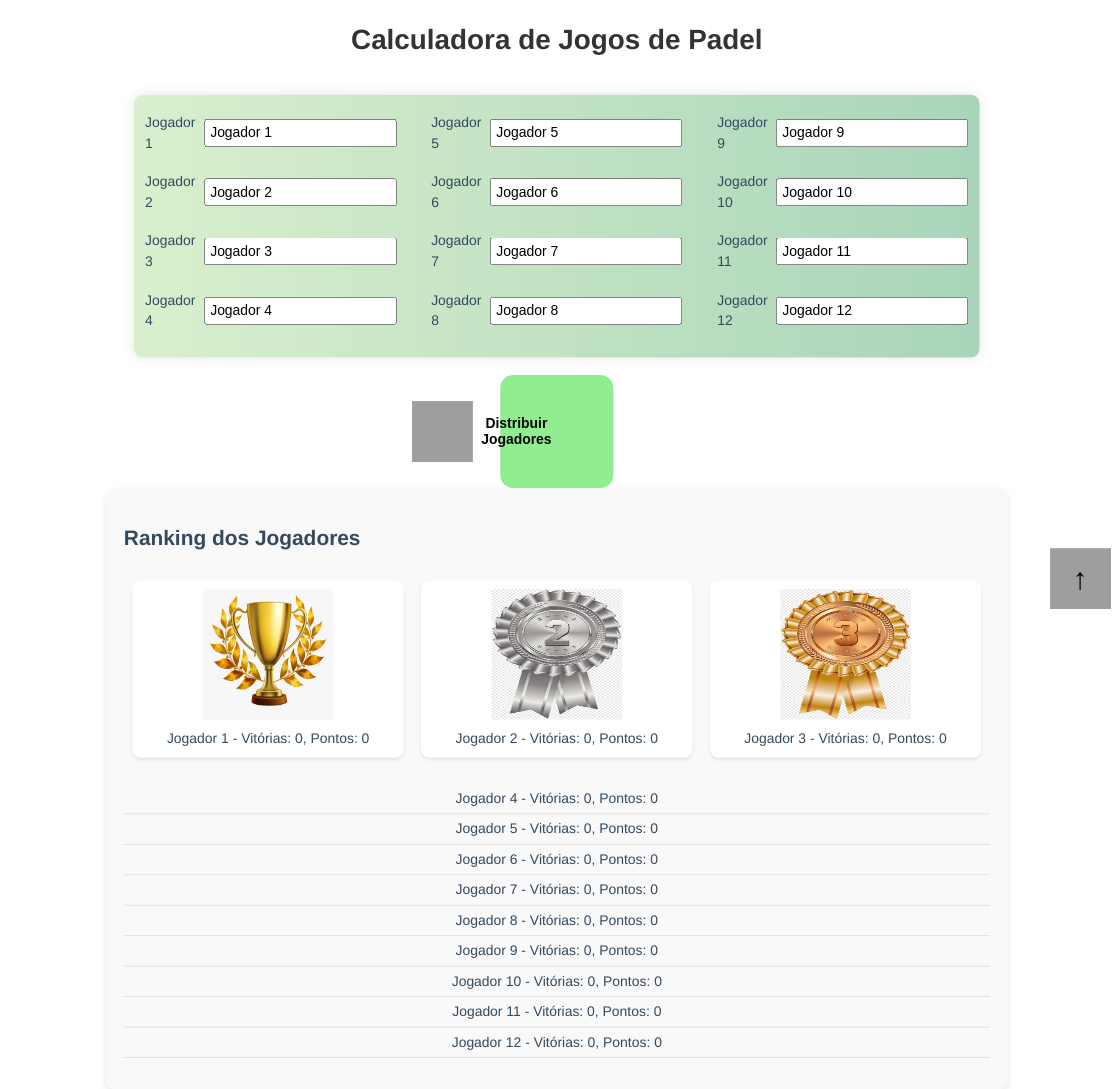
Repository: MarcioMiguel22/PadelMaster
Page: /calculadora
The author's editor kept a copy of each file at every save. The page is drawn from the files as they stood at one save, then again after the next save.
The browser window is 1280 px wide. The pictures show the whole page, at 87% of full size.
Pictures or frames that could not be fetched are drawn as grey boxes. The project was rebuilt for these pictures with package versions that can differ from the ones it lists, and the page was loaded fresh each time. Also part of the build but not shown: vite.config.ts, src/pages/Home/Home.tsx, src/components/components_calculadora/Campo.tsx, src/components/components_calculadora/Jogo.tsx, src/pages/Player/playerComponent.tsx, src/index.css.

Above is the page before, as saved 2024-06-16 09:59:44.

### src/main.tsx
///home/marciomiguel/code/MarcioMiguel22/Sites/PadelMaster/src/main.tsx
import { render } from 'react-dom';
import { StrictMode } from 'react';
import App from './App';
import './index.css';

const root = document.getElementById('root')!;
render(
  <StrictMode>
    <App />
  </StrictMode>,
  root
);

### src/App.tsx

///home/marciomiguel/code/MarcioMiguel22/Sites/PadelMaster/src/App.tsx

import { BrowserRouter, Routes, Route } from 'react-router-dom';
import Home from './pages/Home/Home';
import Calculadora from './pages/Calculadora/Calculadora';
import PlayerComponent from './pages/Player/playerComponent';
function App() {
  return (
    <BrowserRouter>
      <Routes>
        <Route path="/" element={<Home />} />
        <Route path="/calculadora" element={<Calculadora />} /> // Wrap Calculadora component with curly braces
        <Route path="/player-component" element={<PlayerComponent />} />
      </Routes>
    </BrowserRouter>
  );
}

export default App

### src/pages/Home/Home.module.css
.padel-container {
  text-align: center;
  background-color: white;
  padding: 20px;
  border-radius: 10px;
  box-shadow: 0 0 10px rgba(0, 0, 0, 0.1);
}

h1 {
  color: #333;
  margin-bottom: 20px;
}

.padel-image {
  max-width: 50%;
  height: auto;
  border-radius: 10px;
  margin-bottom: 20px;
}

.enter-button {
  background-image: url('../../assets/images/tennis-ball.png'); /* Ensure the path is correct */
  background-size: cover;
  background-position: center;
  background-repeat: no-repeat;
  width: 60px;
  height: 60px;
  border: none;
  border-radius: 50%;
  cursor: pointer;
  padding: 0;
}

.enter-button:hover {
  transform: scale(1.1);
}

### src/pages/Calculadora/Calculadora.css
.calculadora-container {
  display: flex;
  flex-direction: column;
  align-items: center;
  gap: 20px;
}

.main-content {
  gap: 20px;
}

.jogadores-lista {
  background: linear-gradient(to right, #daefcd, #a8d5ba);
  display: flex;
  flex-direction: row;
  justify-content: center;
  gap: 40px;
  width: 90%;
  max-width: 1200px;
  margin: 0 auto;
  padding: 20px;
  border-radius: 10px;
  box-shadow: 0 0 15px rgba(0, 0, 0, 0.1);
}

.jogadores-coluna {
  display: flex;
  flex-direction: column;
  align-items: center;
  gap: 10px;
}

.jogador-item {
  display: flex;
  align-items: center;
  margin-bottom: 10px;
}

.jogador-item label {
  margin-right: 10px;
}

.jogador-item input {
  padding: 5px;
  font-size: 16px;
}

.jogador-input {
  margin-right: 5px;
  padding: 5px;
  font-size: 16px;
  border: 1px solid #ccc;
  border-radius: 5px;
}

.distribute-button, .scroll-to-top {
  background-color: #4CAF50;
  color: white;
  padding: 10px 20px;
  border: none;
  border-radius: 5px;
  cursor: pointer;
  font-size: 16px;
  margin-top: 10px;
}

.distribute-button:hover, .scroll-to-top:hover {
  background-color: #45a049;
}

.fields-container {
  display: flex;
  flex-direction: column;
  align-items: center;
  margin-top: 20px;
}

.jogo {
  margin-bottom: 40px;
}

.campos {
  display: flex;
  justify-content: space-around;
}

.field {
  background: linear-gradient(to right, #c3e8ad, #a8d5ba);
  padding: 40px;
  border-radius: 10px;
  box-shadow: 0 0 10px rgba(0, 0, 0, 0.1);
  width: 30%;
}

.field h2 {
  margin-top: 0;
}

.team {
  list-style-type: none;
  padding: 5px;
  background-color: #fff;
  margin: 5px 0;
  border-radius: 5px;
  box-shadow: 0 0 5px rgba(0, 0, 0, 0.1);
  width: fit-content; /* Ajuste o valor conforme necessário */
}

.team.vencedor {
  background-color: #d4edda; /* Verde claro */
}

.team.perdedor {
  background-color: #f8d7da; /* Vermelho claro */
}

.team div {
  display: flex;
  align-items: center;
}

.team input.resultado-input {
  margin-left: 10px;
  width: 45px;
  padding: 5px;
  font-size: 16px;
}

.ranking-container {
  margin-top: 40px;
}

.ranking-container h2 {
  margin-bottom: 10px;
}

.ranking-container ul {
  list-style-type: none;
  padding: 0;
}

.ranking-container li {
  margin: 5px 0;
}



/* Media Queries para Mobile */
@media screen and (max-width: 767px) {
  .jogadores-lista {
    flex-direction: column;
    align-items: center;
    gap: 20px;
    padding: 10px;
  }

  .field {
    width: 80%;
    margin-bottom: 20px;
  }

  .campos {
    flex-direction: column;
    align-items: center;
    gap: 20px;
  }

  .distribute-button, .scroll-to-top {
    width: 100%;
    font-size: 14px;
    padding: 8px 16px;
  }

  .team div {
    flex-direction: column;
    align-items: flex-start;
  }

  .team input.resultado-input {
    margin-left: 0;
    margin-top: 5px;
  }
  .ranking-container {
    flex-flow: column;
    margin-top: 40px;
  }

  .ranking-container h2 {
    margin-bottom: 10px;
  }

  .ranking-container ul {
    list-style-type: none;
    padding: 0;
  }

  .ranking-container li {
    margin: 5px 0;
  }
}

/* Media Queries para Mobile */
@media screen and (max-width: 479px) {
  .jogadores-lista {
    flex-direction: column;
    align-items: center;
    gap: 20px;
    padding: 10px;
  }

  .field {
    width: 80%;
    margin-bottom: 20px;
  }

  .campos {
    flex-direction: column;
    align-items: center;
    gap: 20px;
  }

  .distribute-button, .scroll-to-top {
    width: 100%;
    font-size: 14px;
    padding: 8px 16px;
  }

  .team div {
    flex-direction: column;
    align-items: flex-start;
  }

  .team input.resultado-input {
    margin-left: 0;
    margin-top: 5px;
  }
  .ranking-container {
    flex-flow: column;
    margin-top: 40px;
  }

  .ranking-container h2 {
    margin-bottom: 10px;
  }

  .ranking-container ul {
    list-style-type: none;
    padding: 0;
  }

  .ranking-container li {
    margin: 5px 0;
  }
}

### src/components/components_calculadora/JogadoresLista.tsx
import React from 'react';
import JogadorItem from './JogadorItem';
import { Jogador } from '../../utils/types/types'; // Importando o tipo Jogador

interface JogadoresListaProps {
  jogadores: Jogador[];
  handleNomeChange: (id: number, novoNome: string) => void;
}

const JogadoresLista: React.FC<JogadoresListaProps> = ({ jogadores, handleNomeChange }) => (
  <div className="jogadores-lista">
    {Array.from({ length: 3 }, (_, i) => (
      <div className="jogadores-coluna" key={i}>
        {jogadores.slice(i * 4, (i + 1) * 4).map(jogador => (
          <JogadorItem
            key={jogador.id}
            jogador={jogador}
            handleNomeChange={handleNomeChange}
          />
        ))}
      </div>
    ))}
  </div>
);

export default JogadoresLista;

### src/components/components_calculadora/Ranking.tsx
import React from 'react';
import ouro from '../../assets/images/ouro.png';
import prata from '../../assets/images/prata.png';
import bronze from '../../assets/images/bronze.png';
import styles from './Ranking.module.css';

interface Jogador {
  id: number;
  nome: string;
  vitorias: number;
  pontos: number;
}

interface RankingProps {
  jogadoresClassificados: Jogador[];
}

const Ranking: React.FC<RankingProps> = ({ jogadoresClassificados }) => {
  const top3 = jogadoresClassificados.slice(0, 3);
  const outrosJogadores = jogadoresClassificados.slice(3);

  const medalhas = [ouro, prata, bronze];

  return (
    <div className={styles.rankingContainer}>
      <h2>Ranking dos Jogadores</h2>
      <div className={styles.top3Container}>
        {top3.map((jogador, index) => (
          <div key={jogador.id} className={styles.top3Item}>
            <img src={medalhas[index]} alt={`Medalha de ${index + 1}`} className={styles.medalha} />
            {jogador.nome} - Vitórias: {jogador.vitorias}, Pontos: {jogador.pontos}
          </div>
        ))}
      </div>
      <ul className={styles.outrosJogadores}>
        {outrosJogadores.map((jogador) => (
          <li key={jogador.id}>
            {jogador.nome} - Vitórias: {jogador.vitorias}, Pontos: {jogador.pontos}
          </li>
        ))}
      </ul>
    </div>
  );
};

export default Ranking;

### src/components/components_calculadora/logic/gameLogic.ts
import { Jogador, Campo as CampoType } from '../../../utils/types/types';

export const separarDuplas = (jogadores: Jogador[]): Jogador[] => {
  const separados: Jogador[] = [];
  while (jogadores.length) {
    const [jogador1, jogador2] = jogadores.splice(0, 2);
    separados.push(jogador1);
    if (jogador2) separados.push(jogador2);
  }
  return separados;
};

export const iniciarProximoJogo = (jogos: CampoType[][], setJogos: React.Dispatch<React.SetStateAction<CampoType[][]>>) => {
  const ultimoJogo = jogos[jogos.length - 1];
  const novosCampos: CampoType[] = [
    { id: 1, times: [] },
    { id: 2, times: [] },
    { id: 3, times: [] },
  ];

  const campo1 = ultimoJogo.find(campo => campo.id === 1);
  const campo2 = ultimoJogo.find(campo => campo.id === 2);
  const campo3 = ultimoJogo.find(campo => campo.id === 3);

  if (campo1 && campo2 && campo3) {
    const [time1Campo1, time2Campo1] = campo1.times;
    const [time1Campo2, time2Campo2] = campo2.times;
    const [time1Campo3, time2Campo3] = campo3.times;

    // Vencedores e perdedores dos campos
    const vencedoresCampo1 = time1Campo1.resultado > time2Campo1.resultado ? time1Campo1.jogadores : time2Campo1.jogadores;
    const perdedoresCampo1 = time1Campo1.resultado > time2Campo1.resultado ? time2Campo1.jogadores : time1Campo1.jogadores;

    const vencedoresCampo2 = time1Campo2.resultado > time2Campo2.resultado ? time1Campo2.jogadores : time2Campo2.jogadores;
    const perdedoresCampo2 = time1Campo2.resultado > time2Campo2.resultado ? time2Campo2.jogadores : time1Campo2.jogadores;

    const vencedoresCampo3 = time1Campo3.resultado > time2Campo3.resultado ? time1Campo3.jogadores : time2Campo3.jogadores;
    const perdedoresCampo3 = time1Campo3.resultado > time2Campo3.resultado ? time2Campo3.jogadores : time1Campo3.jogadores;

    // Atualizar pontuação dos jogadores
    const margemVitoriaCampo1 = Math.abs(time1Campo1.resultado - time2Campo1.resultado);
    const margemVitoriaCampo2 = Math.abs(time1Campo2.resultado - time2Campo2.resultado);
    const margemVitoriaCampo3 = Math.abs(time1Campo3.resultado - time2Campo3.resultado);

    vencedoresCampo1.forEach(jogador => {
      jogador.vitorias += 1;
      jogador.pontos += margemVitoriaCampo1;
    });

    vencedoresCampo2.forEach(jogador => {
      jogador.vitorias += 1;
      jogador.pontos += margemVitoriaCampo2;
    });

    vencedoresCampo3.forEach(jogador => {
      jogador.vitorias += 1;
      jogador.pontos += margemVitoriaCampo3;
    });

    // Campo 1: vencedores do campo 1 e vencedores do campo 2
    novosCampos[0].times.push(
      { jogadores: [vencedoresCampo1[0], vencedoresCampo2[0]], resultado: 0 },
      { jogadores: [vencedoresCampo1[1], vencedoresCampo2[1]], resultado: 0 }
    );

    // Campo 2: perdedores do campo 1 e vencedores do campo 3
    novosCampos[1].times.push(
      { jogadores: [perdedoresCampo1[0], vencedoresCampo3[0]], resultado: 0 },
      { jogadores: [perdedoresCampo1[1], vencedoresCampo3[1]], resultado: 0 }
    );

    // Campo 3: perdedores do campo 2 e perdedores do campo 3
    novosCampos[2].times.push(
      { jogadores: [perdedoresCampo2[0], perdedoresCampo3[0]], resultado: 0 },
      { jogadores: [perdedoresCampo2[1], perdedoresCampo3[1]], resultado: 0 }
    );
  }

  setJogos([...jogos, novosCampos]);
};

### src/components/components_calculadora/ScrollToTopButton.tsx
import React from 'react';
import tennisBall from '../../assets/images/tennis-ball.png';
import styles from './ScrollToTopButton.module.css'; // Importando o arquivo CSS Module

const ScrollToTopButton: React.FC = () => {
  const scrollToTop = () => {
    window.scrollTo({ top: 0, behavior: 'smooth' });
  };

  return (
    <button onClick={scrollToTop} className={styles.scrollToTop}>
      <img src={tennisBall} alt="Tennis Ball" className={styles.tennisBall} />
      <span className={styles.arrowUp}>↑</span>
    </button>
  );
};

export default ScrollToTopButton;

### src/components/components_calculadora/DistributeButton.tsx
import React from 'react';
import tennisBall from '../../assets/images/tennis-ball.png';
import styles from './DistributeButton.module.css'; // Importando o arquivo CSS Module

const DistributeButton: React.FC<{ onClick: () => void }> = ({ onClick }) => {
  return (
    <div className={styles.container}>
      <button onClick={onClick} className={styles.distributeButton}>
        <img src={tennisBall} alt="Tennis Ball" className={styles.tennisBall} />
        <span className={styles.label}>Distribuir Jogadores</span>
      </button>
    </div>
  );
};

export default DistributeButton;

### src/pages/Player/playerComponent.module.css
/* playerComponent.module.css */

/* Root Variables */
:root {
  --primary-color: #2c3e50;
  --secondary-color: #ecf0f1;
  --accent-color: #e74c3c;
  --text-color: #34495e;
  --background-color: #ffffff;
  --border-color: #bdc3c7;
  --link-color: #2980b9;
  --font-family: 'Helvetica Neue', Arial, sans-serif;
  --font-size: 16px;
  --line-height: 1.5;
}

body {
  font-family: var(--font-family);
  font-size: var(--font-size);
  line-height: var(--line-height);
  color: var(--text-color);
  background-color: var(--background-color);
  margin: 0;
  padding: 0;
}

.navigation-bar {
  background-color: var(--primary-color);
  color: var(--secondary-color);
  padding: 10px 0;
}

.container {
  width: 90%;
  max-width: 1200px;
  margin: 0 auto;
  display: flex;
  justify-content: space-between;
  align-items: center;
}

.nav-brand .site-name {
  font-size: 24px;
  font-weight: bold;
  color: var(--secondary-color);
}

.navigation-menu {
  display: flex;
  gap: 15px;
}

.navigation-link {
  color: var(--secondary-color);
  text-decoration: none;
  font-size: 18px;
}

.navigation-link:hover {
  color: var(--accent-color);
}

.menu-button .nav-icon-menu {
  width: 30px;
  height: 3px;
  background-color: var(--secondary-color);
  margin: 5px 0;
}

.content-wrapper {
  padding: 20px 0;
}

.row {
  display: flex;
}

.sidebar {
  width: 25%;
}

.content-column {
  width: 75%;
}

.white-wrapper {
  background-color: var(--background-color);
  padding: 20px;
  border: 1px solid var(--border-color);
  border-radius: 10px;
}

.circle-profile {
  width: 100px;
  height: 100px;
  border-radius: 50%;
  display: block;
  margin: 0 auto 10px;
}

.site-description {
  text-align: center;
  margin: 10px 0;
}

.grey-rule {
  height: 1px;
  background-color: var(--border-color);
  margin: 20px 0;
}

.small-heading {
  font-size: 18px;
  font-weight: bold;
  color: var(--text-color);
  margin-bottom: 10px;
}

.feature-posts-list .post-item {
  margin-bottom: 10px;
}

.small-post-link {
  text-decoration: none;
  color: var(--link-color);
  font-size: 16px;
}

.small-post-link:hover {
  color: var(--accent-color);
}

.social-link-group {
  display: flex;
  justify-content: space-around;
  margin: 20px 0;
}

.social-icon-link img {
  width: 25px;
  height: 25px;
}

.built-with-webflow {
  text-align: center;
  margin-top: 10px;
  font-size: 14px;
}

.webflow-link {
  color: var(--link-color);
  text-decoration: none;
}

.webflow-link:hover {
  color: var(--accent-color);
}

.post-wrapper {
  background-color: var(--background-color);
  padding: 20px;
  border: 1px solid var(--border-color);
  border-radius: 10px;
  margin-bottom: 20px;
}

.post-content .row {
  display: flex;
}

.blog-image {
  display: block;
  width: 100%;
  height: auto;
  background-color: var(--border-color);
  text-align: center;
  padding: 20px;
  color: var(--text-color);
  text-decoration: none;
  font-size: 16px;
}

.blog-title-link {
  text-decoration: none;
  color: var(--text-color);
}

.blog-title-link:hover {
  color: var(--accent-color);
}

.blog-title {
  font-size: 24px;
  margin: 0 0 10px;
}

.details-wrapper {
  display: flex;
  align-items: center;
  gap: 10px;
  margin-bottom: 10px;
}

.post-info {
  font-size: 14px;
  color: var(--text-color);
}

.when-link {
  text-decoration: none;
  color: var(--link-color);
}

.when-link:hover {
  color: var(--accent-color);
}

.post-summary-wrapper {
  margin-bottom: 10px;
}

.post-summary {
  font-size: 16px;
  color: var(--text-color);
}

.read-more-link {
  text-decoration: none;
  color: var(--link-color);
  font-size: 14px;
}

.read-more-link:hover {
  color: var(--accent-color);
}

.button-wrapper {
  text-align: center;
  margin-top: 20px;
}

.button {
  background-color: var(--primary-color);
  color: var(--secondary-color);
  border: none;
  padding: 10px 20px;
  border-radius: 5px;
  font-size: 16px;
  cursor: pointer;
  transition: background-color 0.3s;
}

.button:hover {
  background-color: var(--accent-color);
}

.sidebar-on-mobile {
  display: none;
}

@media (max-width: 768px) {
  .row {
    flex-direction: column;
  }

  .sidebar {
    display: none;
  }

  .content-column {
    width: 100%;
  }

  .sidebar-on-mobile {
    display: block;
    margin-top: 20px;
  }
}

### src/components/components_calculadora/JogadorItem.tsx
import React from 'react';
import { Jogador } from '../../utils/types/types'; // Importando o tipo Jogador

interface JogadorItemProps {
  jogador: Jogador;
  handleNomeChange: (id: number, novoNome: string) => void;
}

const JogadorItem: React.FC<JogadorItemProps> = ({ jogador, handleNomeChange }) => (
  <div className="jogador-item">
    <label>{`Jogador ${jogador.id}`}</label>
    <input
      type="text"
      value={jogador.nome}
      onChange={(e) => handleNomeChange(jogador.id, e.target.value)}
    />
  </div>
);

export default JogadorItem;

### src/components/components_calculadora/Ranking.module.css
.rankingContainer {
  padding: 20px;
  background-color: #f9f9f9;
  border-radius: 10px;
  box-shadow: 0 4px 8px rgba(0, 0, 0, 0.1);
}

.top3Container {
  display: flex;
  justify-content: space-around;
  margin-bottom: 20px;
  flex-wrap: wrap; /* Ensure items wrap in smaller screens */
}

.top3Item {
  display: flex;
  flex-direction: column;
  align-items: center;
  padding: 10px;
  background-color: #ffffff;
  border-radius: 10px;
  box-shadow: 0 2px 4px rgba(0, 0, 0, 0.1);
  text-align: center;
  margin: 10px; /* Added margin to ensure spacing between items */
  flex-basis: calc(33.33% - 20px); /* Ensure items take equal width, minus margins */
  box-sizing: border-box; /* Ensure padding is included in the element's width */
}

.medalha {
  width: 150px;
  height: 150px;
  margin-bottom: 10px;
  transition: transform 0.3s ease-in-out;
  object-fit: initial;
  background-color: transparent;
}

.medalha:hover {
  transform: scale(1.2);
  animation: pulse 1s infinite;
}

@keyframes pulse {
  0% {
    transform: scale(1.2);
  }
  50% {
    transform: scale(1.25);
  }
  100% {
    transform: scale(1.2);
  }
}

.outrosJogadores {
  list-style-type: none;
  padding: 0;
}

.outrosJogadores li {
  padding: 5px 0;
  border-bottom: 1px solid #ddd;
  text-align: center;
}

/* Media Queries for Smaller Screens */
@media screen and (max-width: 767px) {
  .top3Item {
    flex-basis: calc(50% - 20px); /* Two items per row on smaller screens */
  }
}

@media screen and (max-width: 479px) {
  .top3Item {
    flex-basis: 100%; /* One item per row on the smallest screens */
  }
}

### src/components/components_calculadora/ScrollToTopButton.module.css
.scrollToTop {
  position: fixed;
  bottom: 20px;
  left: 97%;
  transform: translateX(-50%);
  width: 70px;
  height: 70px;
  border: none;
  background: none;
  cursor: pointer;
  display: flex;
  align-items: center;
  justify-content: center;
}

.tennisBall {
  width: 100%;
  height: 100%;
  position: absolute;
}

.arrowUp {
  position: absolute;
  font-size: 35px;
  color: rgb(5, 5, 5);
  font-weight: bold;
  z-index: 1;
}

### src/components/components_calculadora/DistributeButton.module.css
.container {
  width: 100px;
  height: 100px;
  background-color: lightgreen;
  padding: 15px;
  border-radius: 15px;
  display: flex;
  justify-content: center;
  align-items: center;
}

.distributeButton {
  bottom: 100px; /* Ajuste a posição conforme necessário */
  left: 50%;
  transform: translateX(-50%);
  width: auto;
  height: 70px;
  border: none;
  background: none;
  cursor: pointer;
  display: flex;
  align-items: center;
  justify-content: center;
  flex-direction: row; /* Altera para linha */
}

.tennisBall {
  width: 70px;
  height: 70px;

}

.label {
  font-size: 16px;
  color: rgb(5, 5, 5);
  font-weight: bold;
  margin-left: 10px; /* Espaço entre a bola e o texto */
}

Loaded but not shown: index.html (common file); src/pages/Calculadora/Calculadora.tsx (142 lines, source omitted)

After the next save:
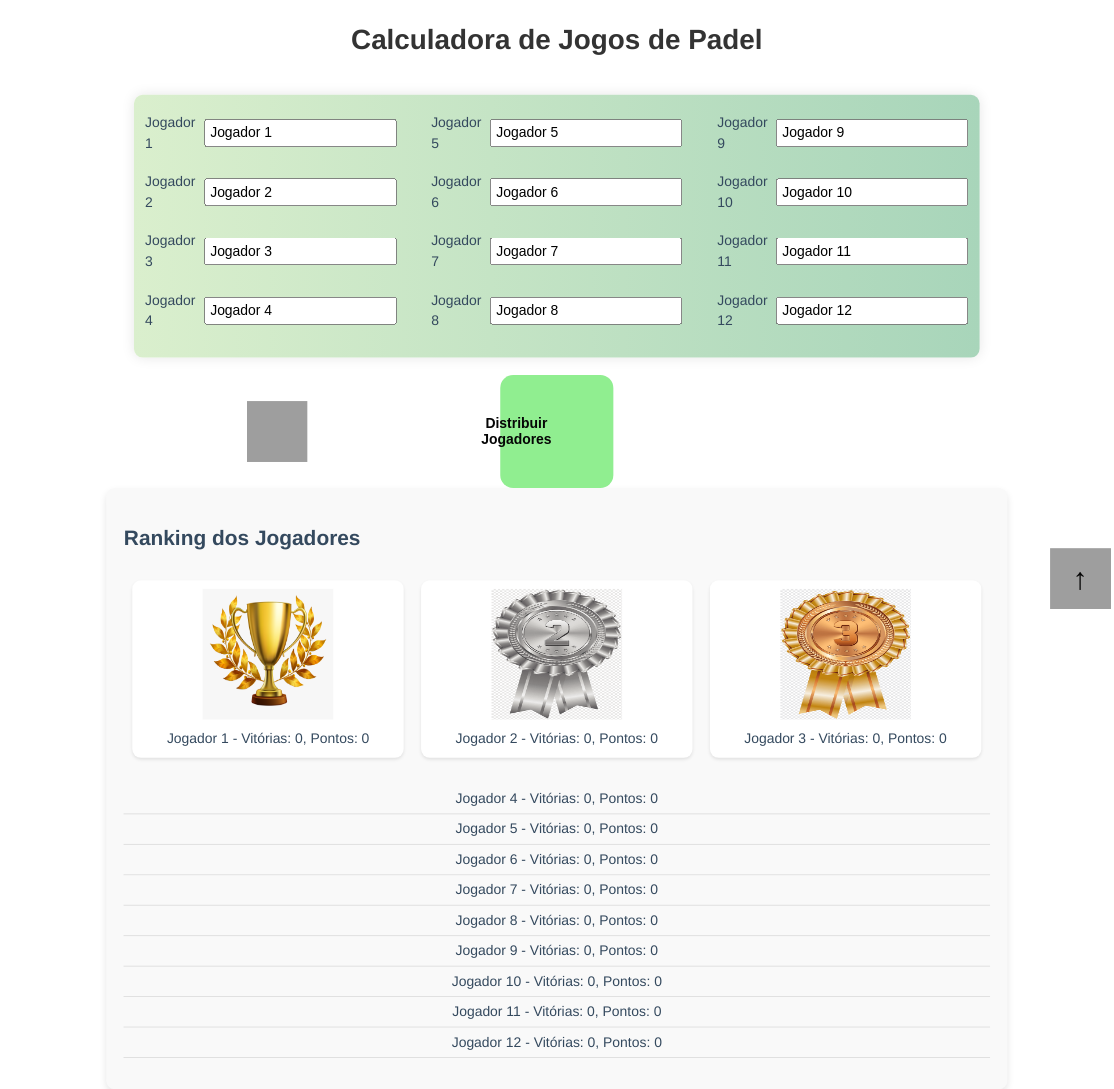
Saved 16 s later.
--- a/src/components/components_calculadora/DistributeButton.module.css
+++ b/src/components/components_calculadora/DistributeButton.module.css
@@ -34,5 +34,5 @@
   font-size: 16px;
   color: rgb(5, 5, 5);
   font-weight: bold;
-  margin-left: 10px; /* Espaço entre a bola e o texto */
+  margin-left: 200px; /* Espaço entre a bola e o texto */
 }
